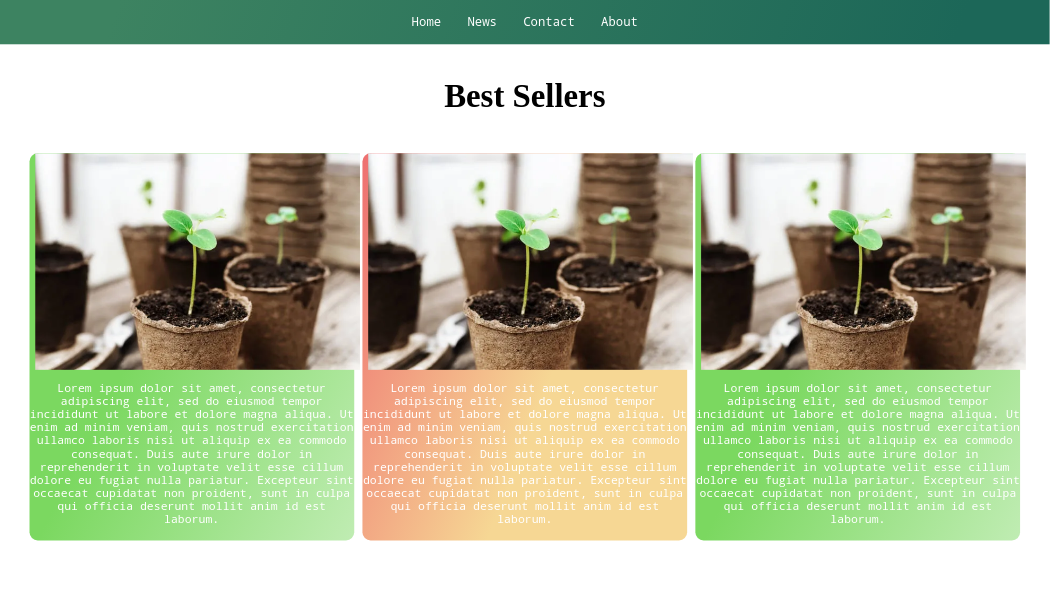
Repository: Flexo874/ISITECH-HTML-CSS
Page: index.html
These files come from the project's save history. The page is drawn as it stood at one moment and after the next save; the edit follows.
The browser window is 1280 px wide. The pictures show the whole page, at 82% of full size.

Above is the page before, as saved 2024-01-02 15:00:56.

After the next save:
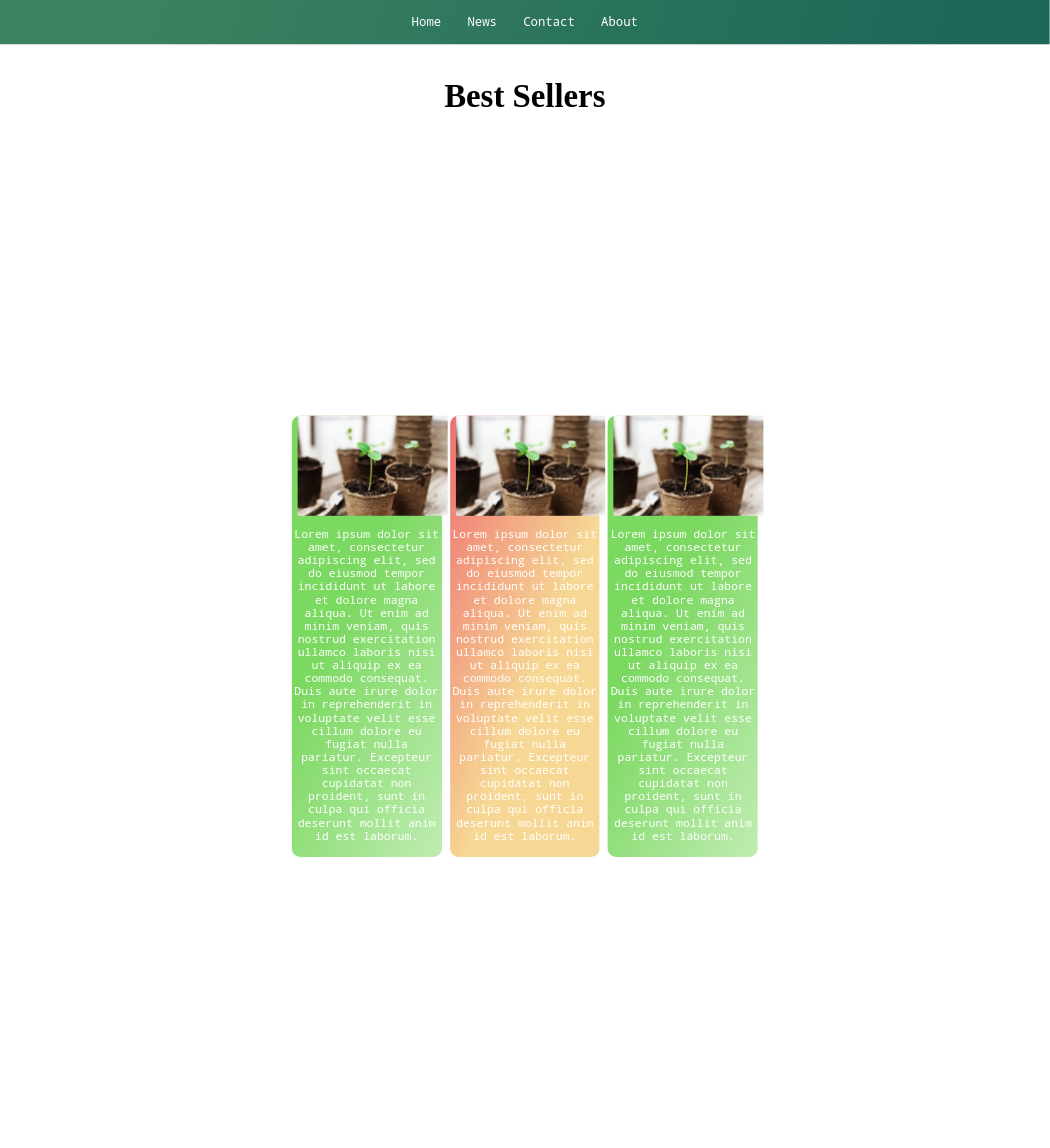
Saved 11 s later.
--- a/style.css
+++ b/style.css
@@ -60,7 +60,7 @@
     gap: 10px;
     padding: 10px;;
     margin-top: 0;
-    margin: 2%;
+    margin: 27%;
 }
 
 
